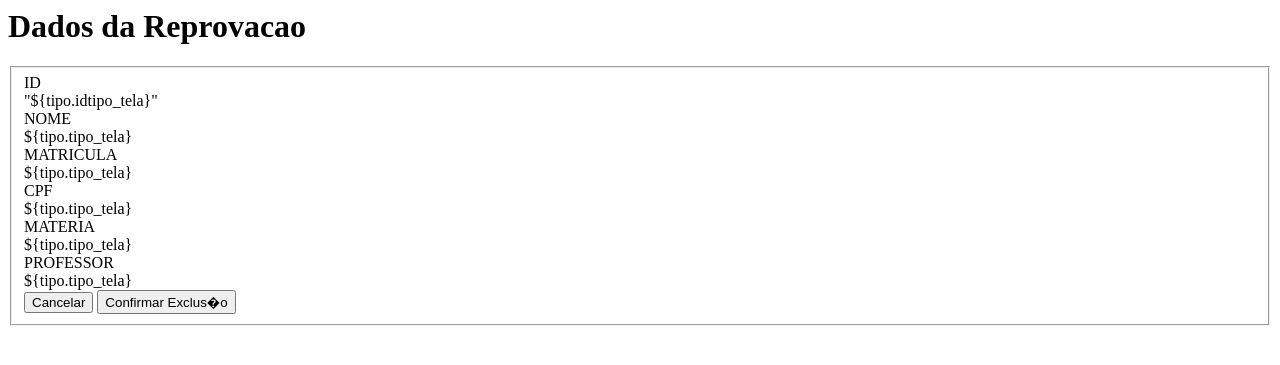
Repository: WilliamEstrela/trabalho1VA-PROG4
Page: CRUDLanManagerV5/WebContent/manterreprovacao/excluir.html
These files come from the project's save history. The page is drawn as it stood at one moment and after the next save; the edit follows.
The browser window is 1280 px wide. The pictures show the whole page.

Above is the page before, as saved 2019-09-05 23:35:05.

### CRUDLanManagerV5/WebContent/manterreprovacao/excluir.html
<h1>Dados da Reprovacao</h1>
<div class="col-lg-6">
            <div class="well">
              <form class="bs-example form-horizontal" action="${contextPath}/sistema" method="post">
                <fieldset>
	              <input type="hidden" name="casoDeUso" value="manterTipo">
                  <div class="form-group">
				  <input type="hidden" name="acao" value="apagar">
				  <input type="hidden" name="idtipo" value="${tipo.idtipo}">
                    <label for="idtipo" class="col-lg-2 control-label">ID</label>
                    <div class="col-lg-10">
                      "${tipo.idtipo_tela}"
                    </div>
                  </div>

                  <div class="form-group">
                    <label for="tipo" class="col-lg-2 control-label">NOME</label>
                    <div class="col-lg-10">
                      ${tipo.tipo_tela}
                    </div>
                  </div>

                  <div class="form-group">
                    <label for="tipo" class="col-lg-2 control-label">MATRICULA</label>
                    <div class="col-lg-10">
                      ${tipo.tipo_tela}
                    </div>
                  </div>

                  <div class="form-group">
                    <label for="tipo" class="col-lg-2 control-label">CPF</label>
                    <div class="col-lg-10">
                      ${tipo.tipo_tela}
                    </div>
                  </div>

                  <div class="form-group">
                    <label for="tipo" class="col-lg-2 control-label">MATERIA</label>
                    <div class="col-lg-10">
                      ${tipo.tipo_tela}
                    </div>
                  </div>

                   <div class="form-group">
                    <label for="tipo" class="col-lg-2 control-label">PROFESSOR</label>
                    <div class="col-lg-10">
                      ${tipo.tipo_tela}
                    </div>
                  </div>

                  <div class="form-group">
                    <div class="col-lg-10 col-lg-offset-2">
                      <button class="btn btn-default">Cancelar</button>
                      <button type="submit" class="btn btn-primary">Confirmar Exclus�o</button>
                    </div>
                  </div>
                </fieldset>
              </form>
            </div>
          </div>
          <!-- $include ../geral/mensagemPadrao.html -->

After the next save:
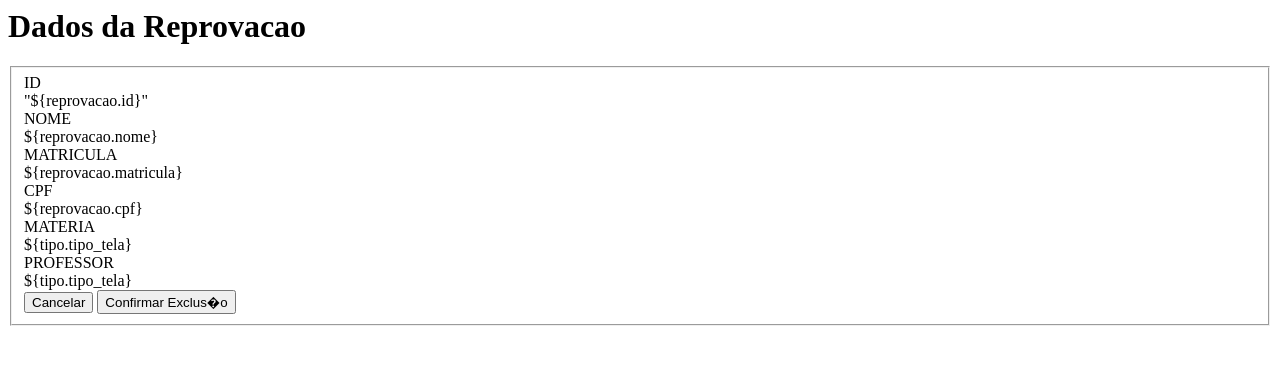
Saved 68 s later.
--- a/CRUDLanManagerV5/WebContent/manterreprovacao/excluir.html
+++ b/CRUDLanManagerV5/WebContent/manterreprovacao/excluir.html
@@ -9,28 +9,28 @@
 				  <input type="hidden" name="idtipo" value="${tipo.idtipo}">
                     <label for="idtipo" class="col-lg-2 control-label">ID</label>
                     <div class="col-lg-10">
-                      "${tipo.idtipo_tela}"
+                      "${reprovacao.id}"
                     </div>
                   </div>
 
                   <div class="form-group">
                     <label for="tipo" class="col-lg-2 control-label">NOME</label>
                     <div class="col-lg-10">
-                      ${tipo.tipo_tela}
+                      ${reprovacao.nome}
                     </div>
                   </div>
 
                   <div class="form-group">
                     <label for="tipo" class="col-lg-2 control-label">MATRICULA</label>
                     <div class="col-lg-10">
-                      ${tipo.tipo_tela}
+                      ${reprovacao.matricula}
                     </div>
                   </div>
 
                   <div class="form-group">
                     <label for="tipo" class="col-lg-2 control-label">CPF</label>
                     <div class="col-lg-10">
-                      ${tipo.tipo_tela}
+                      ${reprovacao.cpf}
                     </div>
                   </div>
 
